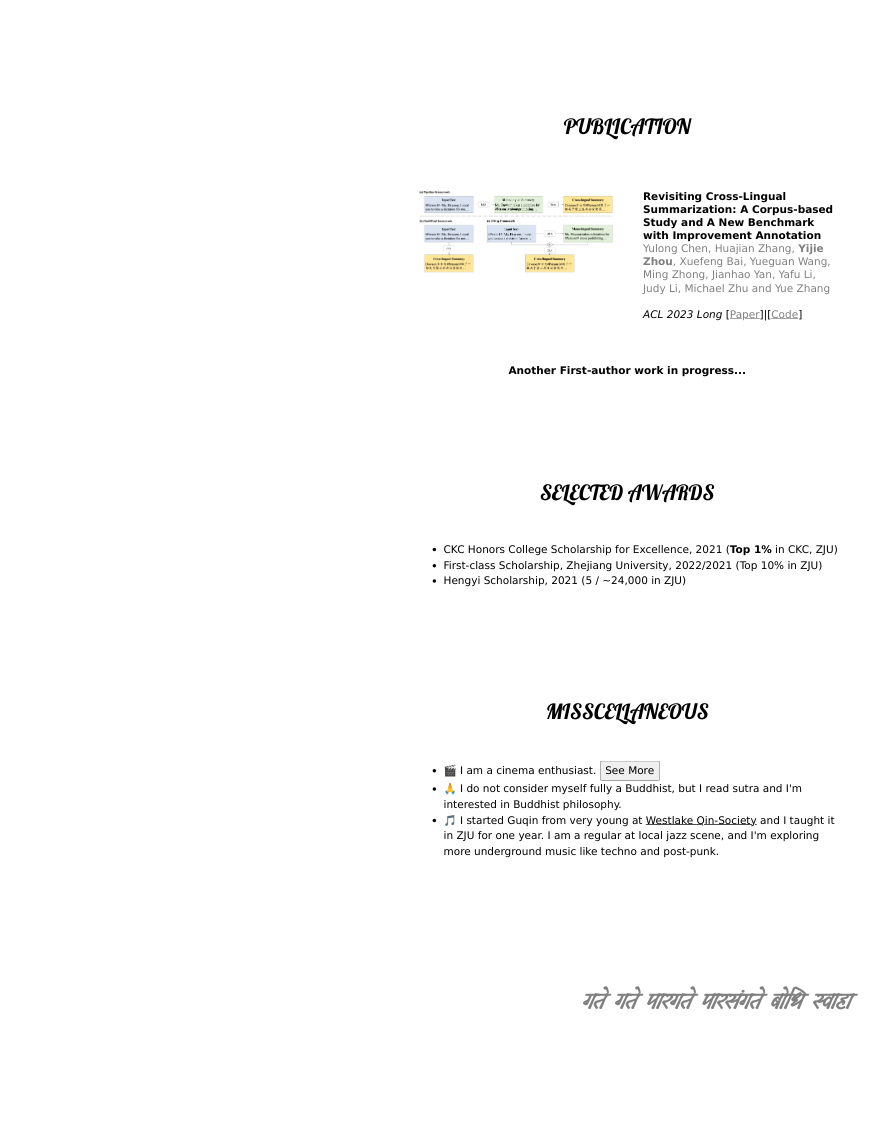
Repository: Ej-zhou/ej-zhou.github.io
Page: index.html
The author's editor kept a copy of each file at every save. The page is drawn from the files as they stood at one save, then again after the next save.
The browser window is 1280 px wide. The pictures show the part of the page from y = 2721 to 4641 px (the page is 4328 px tall before and 4641 px after), at 70% of full size.
Some web fonts or font styles are not loaded; a fallback is used.

Above is the page before, as saved 2023-08-26 16:14:09.

After the next save:
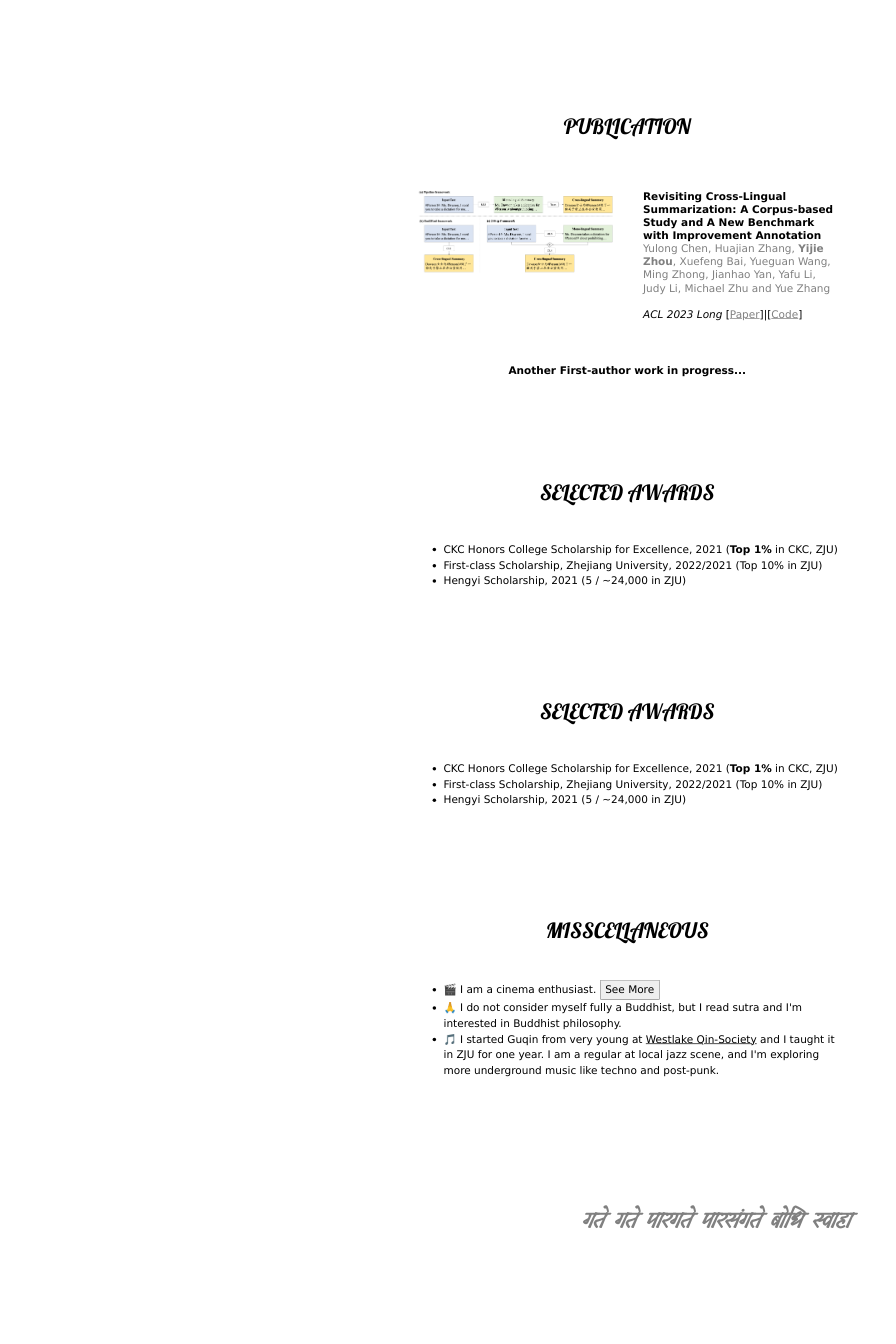
Saved 5 min 18 s later.
--- a/index.html
+++ b/index.html
@@ -478,6 +478,18 @@
       </div>
 
 
+    <div class="w3-container w3-padding-64 w3-center">
+
+      <h2>SELECTED AWARDS</h2>
+      <br/>
+      <ul style="text-align: left;">
+        <li>CKC Honors College Scholarship for Excellence, 2021 (<b>Top 1%</b> in CKC, ZJU)</li>
+        <li>First-class Scholarship, Zhejiang University, 2022/2021 (Top 10% in ZJU)</li>
+        <li>Hengyi Scholarship, 2021 (5 / ~24,000 in ZJU)</li>
+      </ul>
+    </div>
+
+
       <div class="w3-container w3-padding-64 w3-center">
         <h2>
          MISSCELLANEOUS
